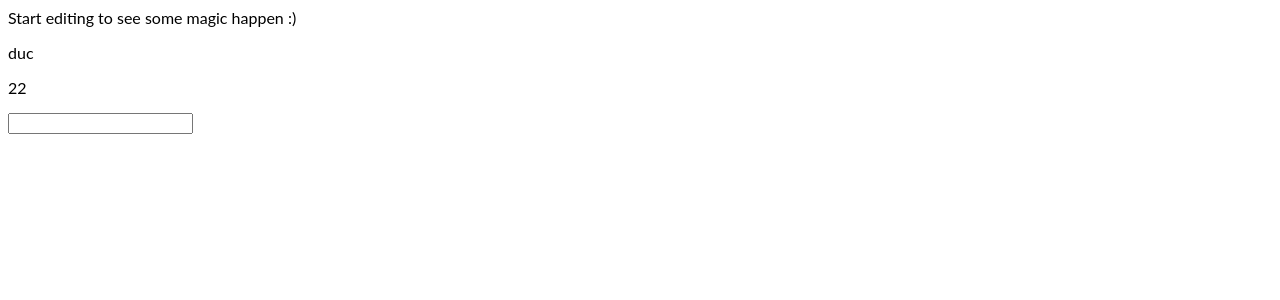
Repository: leduc24/baitap-angular100day
Page: / (app in angular_bai3/)
An editor plug-in stored every save of this project. The page is shown before and after the next save, followed by the edit.
The browser window is 1280 px wide. The pictures show the whole page.
The project was rebuilt for these pictures with package versions that can differ from the ones it lists, and the page was loaded fresh each time. Also part of the build but not shown: angular_bai3/angular.json, angular_bai3/src/app/hello.component.ts.

Above is the page before, as saved 2022-06-30 10:55:19.

After the next save:
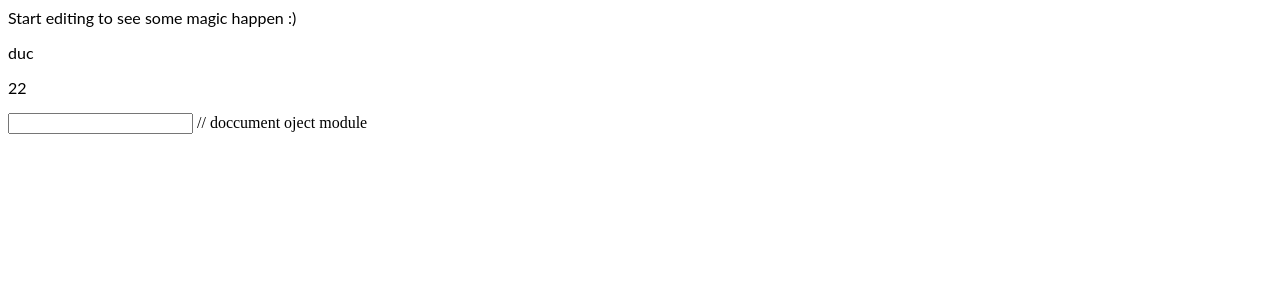
Saved 36 s later.
--- a/angular_bai3/src/app/app.component.html
+++ b/angular_bai3/src/app/app.component.html
@@ -7,4 +7,4 @@
 <p> {{ user.name}}</p>
 <p> {{ user.age}}</p>
 
-<input type="text">
+<input type=""> // doccument oject module
